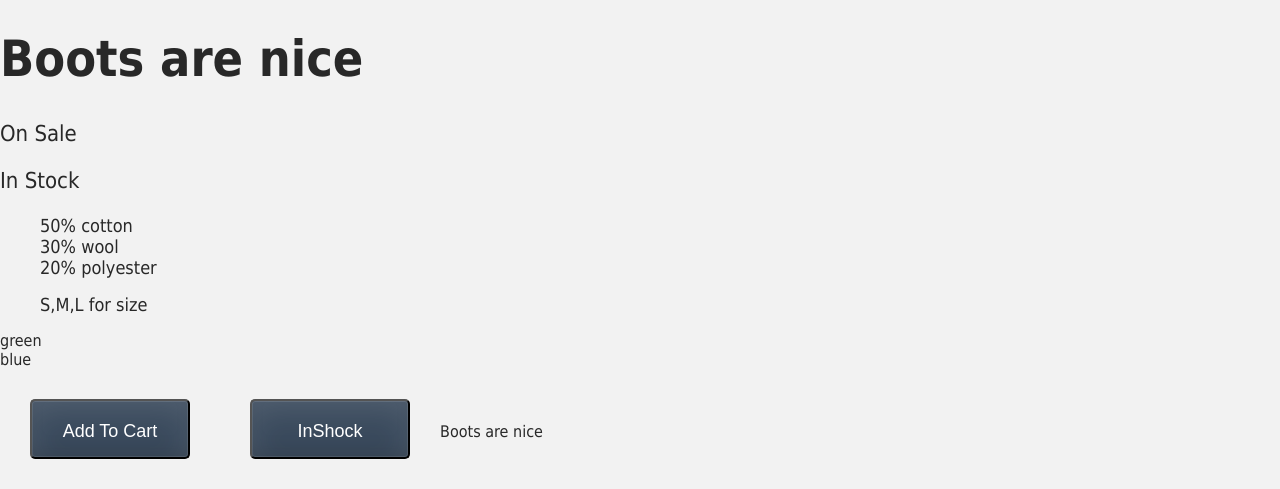
Repository: assassinhua/lab1
Page: index.html
These files come from the project's save history. The page is drawn as it stood at one moment and after the next save; the edit follows.
The browser window is 1280 px wide. The pictures show the part of the page from y = 484 to 994 px (the page is 973 px tall before and 994 px after).
A picture or video elsewhere on the page could not be fetched, so the positions and the page height are approximate.

Above is the page before, as saved 2024-10-22 19:06:33.

### index.html
<!DOCTYPE html>
<html lang="en">

<head>
    <meta charset="UTF-8" />
    <title>Intro SE331</title>
    <!-- Import Styles -->
    <link rel="stylesheet" href="./assets/styles.css" />
    <!-- Import Vue.js -->
    <script src="https://unpkg.com/vue@3/dist/vue.global.js"></script>
</head>

<body>
    <div id="app">
        <div class="nav-bar"></div>
        <div class="cart">Cart({{ cart}})</div>
        <div class="product-display">
 	      <div class="product-container">
                <div class="product-image">
                    <img :src="image" >
                </div>
                </div>

            </div>


        <div class="product-info">
            <h1>{{product}}</h1>
            <p v-if="inventory > 10">On Sale</p>
            <p v-else-if="inventory <= 10 && inventory > 0">Almost out of on sale</p>
            <p v-else>Out of sale</p>
            <p v-if="inventory > 10">In Stock</p>
            <p v-else-if="inventory <= 10 && inventory > 0">Almost out of Stock</p>
            <p v-else>Out of Stock</p>
            <ul>
                                <li v-for="detail in details">{{detail}}</li>

                            </ul>
            <ul>
                <li v-for="size in sizes">{{size}}</li>
            </ul>
                            <div v-for="variant in variants" :key="variant.id"
                            @mouseover="updateImage(variant.image)">
                                {{ variant.color}}

            </div>
            <button class="button" @click="addToCart">Add To Cart</button>
            <button class="button" @click="InShock">InShock</button>




            <a :href="productLink">{{ product }}</a>
        </div>

    </div>

    <!-- Import Js -->


    <script src="./main.js"></script>





</body>

</html>

### assets/styles.css
body {
  background-color: #f2f2f2;
  margin: 0px;
  font-family: tahoma;
  color: #282828;
}

.button {
  margin: 30px;
  background-color: #39495c;
  border-radius: 5px;
  font-size: 18px;
  width: 160px;
  height: 60px;
  color: white;
  padding: 20px;
  box-shadow: inset 0 -0.6em 1em -0.35em rgba(0, 0, 0, 0.17),
    inset 0 0.6em 2em -0.3em rgba(255, 255, 255, 0.15),
    inset 0 0 0em 0.05em rgba(255, 255, 255, 0.12);
  text-align: center;
  cursor: pointer;
}

.cart {
  margin: 25px 100px;
  float: right;
  border: 1px solid #d8d8d8;
  padding: 10px 30px;
  background-color: white;
  -webkit-box-shadow: 0px 2px 15px -12px rgba(0, 0, 0, 0.57);
  -moz-box-shadow: 0px 2px 15px -12px rgba(0, 0, 0, 0.57);
  box-shadow: 2px 15px -12px rgba(0, 0, 0, 0.57);
}

.color-circle {
  width: 50px;
  height: 50px;
  margin-top: 8px;
  border: 2px solid #d8d8d8;
  border-radius: 50%;
}


.disabledButton {
  background-color: #d8d8d8;
  cursor: not-allowed;
}

h1 {
  font-size: 50px;
}

h3 {
  font-size: 25px;
}

img {
  border: 2px solid #d8d8d8;
  width: 70%;
  margin: 40px;
  padding: 15px;
  -webkit-box-shadow: 0px 2px 15px -12px rgba(0, 0, 0, 0.57);
  -moz-box-shadow: 0px 2px 15px -12px rgba(0, 0, 0, 0.57);
  box-shadow: 2px 15px -12px rgba(0, 0, 0, 0.57);
}

input {
  width: 100%;
  height: 40px;
  margin-bottom: 20px;
}

label {
  font-size: 20px;
  margin-bottom: 5px;
}

li {
  font-size: 18px;
}

.nav-bar {
  background: linear-gradient(-90deg, #84cf6a, #16c0b0);
  height: 60px;
  margin-bottom: 25px;
  -webkit-box-shadow: 0px 2px 15px -12px rgba(0, 0, 0, 0.57);
  -moz-box-shadow: 0px 2px 15px -12px rgba(0, 0, 0, 0.57);
  box-shadow: 1px 1px 5px rgba(0, 0, 0, 0.57);
}

.out-of-stock-img {
  opacity:0.5
}

p {
  font-size: 22px;
}

.product-display {
  display: flex;
  flex-direction: column;
  padding: 1rem;
}

.product-container {
  display: flex;
  flex-direction: row;
  flex-wrap: wrap;
}

.product-image,
.product-info {
  width: 50%;
}

.review-form {
  display: flex;
  flex-direction: column;
  width: 425px;
  padding: 20px;
  margin: 40px;
  border: 2px solid #d8d8d8;
  background-color: white;
  -webkit-box-shadow: 0px 2px 15px -12px rgba(0, 0, 0, 0.57);
  -moz-box-shadow: 0px 2px 15px -12px rgba(0, 0, 0, 0.57);
  box-shadow: 2px 15px -12px rgba(0, 0, 0, 0.57);
}

.review-container {
  width: 425px;
  padding: 20px;
  background-color: white;
  -webkit-box-shadow: 0px 2px 20px -12px rgba(0, 0, 0, 0.57);
  -moz-box-shadow: 0px 2px 20px -12px rgba(0, 0, 0, 0.57);
  box-shadow: 2px 20px -12px rgba(0, 0, 0, 0.57);
  margin-left: 40px;
  border: 2px solid #d8d8d8;
}

.review-container li {
  margin-bottom: 30px;
}

.review-form .button {
  display: block;
  margin: 30px auto;
}

select {
  height: 40px;
  font-size: 20px;
  background-color: white;
  cursor: pointer;
}

textarea {
  width: 95%;
  height: 70px;
  padding: 10px;
  font-size: 20px;
  margin-bottom: 20px;
}

ul {
  list-style-type: none;
}

@media only screen and (max-width: 600px) {
  .container {
    flex-direction: column;
  }

  .product-image,
  .product-info {
    margin-left: 10px;
    width: 100%;
  }

  .review-form {
    width: 90%;
  }
}

### main.js
const { createApp, ref } = Vue

createApp({
    setup(){
        const product = ref('Boots are  nice')


        const image = ref('./assets/images/socks_green.jpg')
       const inStock = ref(true)
        const inventory  = ref(100)
        const OnSale = ref(true)
        const details = ref([
                       '50% cotton',
                       '30% wool',
                       '20% polyester',

                   ])

        const sizes = ref([
                       'S,M,L for size',
        ])
        const variants = ref([
            { id: 2234, color: 'green', image: './assets/images/socks_green.jpg' },
            { id: 2235, color: 'blue', image: './assets/images/socks_blue.jpg' }
                   ])
                   const cart = ref(0)
                   function addToCart() {
                                cart.value +=1
                            }
                            function updateImage(variantImage){
                                            image.value = variantImage
                            }
             const toggleInStock = () => {
                                inStock.value = !inStock.value;
                            }

        return {
            product,
            image,
            inStock,
            inventory,
            OnSale,
            details,
            variants,
            sizes,
            cart,
            addToCart,
            updateImage,
            toggleInStock
        }
}



    }

).mount('#app')

After the next save:
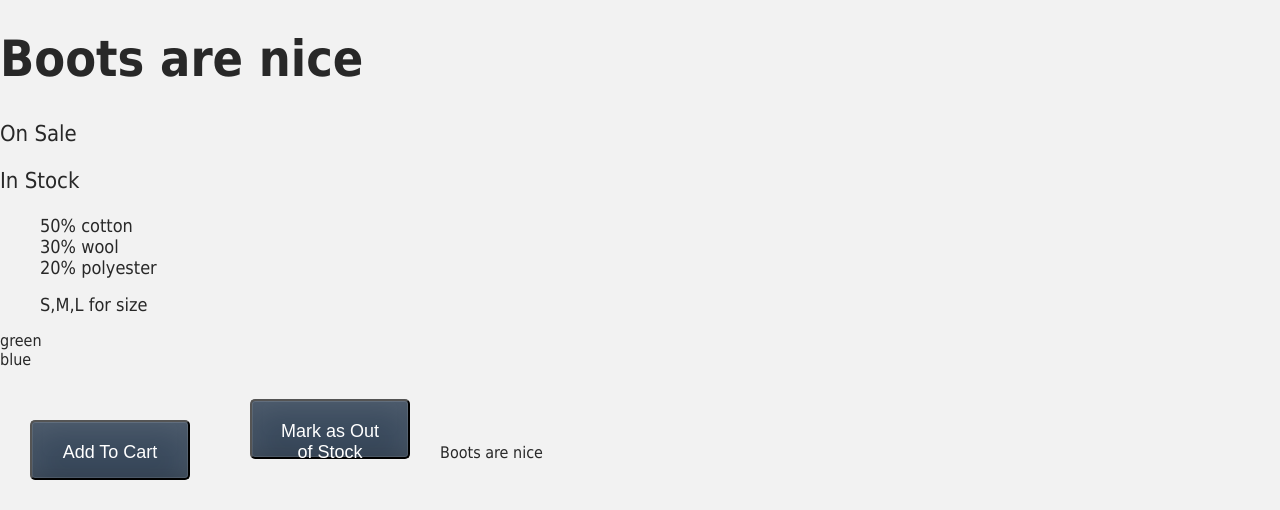
Saved 69 s later.
--- a/index.html
+++ b/index.html
@@ -45,7 +45,9 @@
 
             </div>
             <button class="button" @click="addToCart">Add To Cart</button>
-            <button class="button" @click="InShock">InShock</button>
+            <button class="button" @click="toggleInStock">
+                {{ inStock ? 'Mark as Out of Stock' : 'Mark as In Stock' }}
+            </button>
 
 
 
